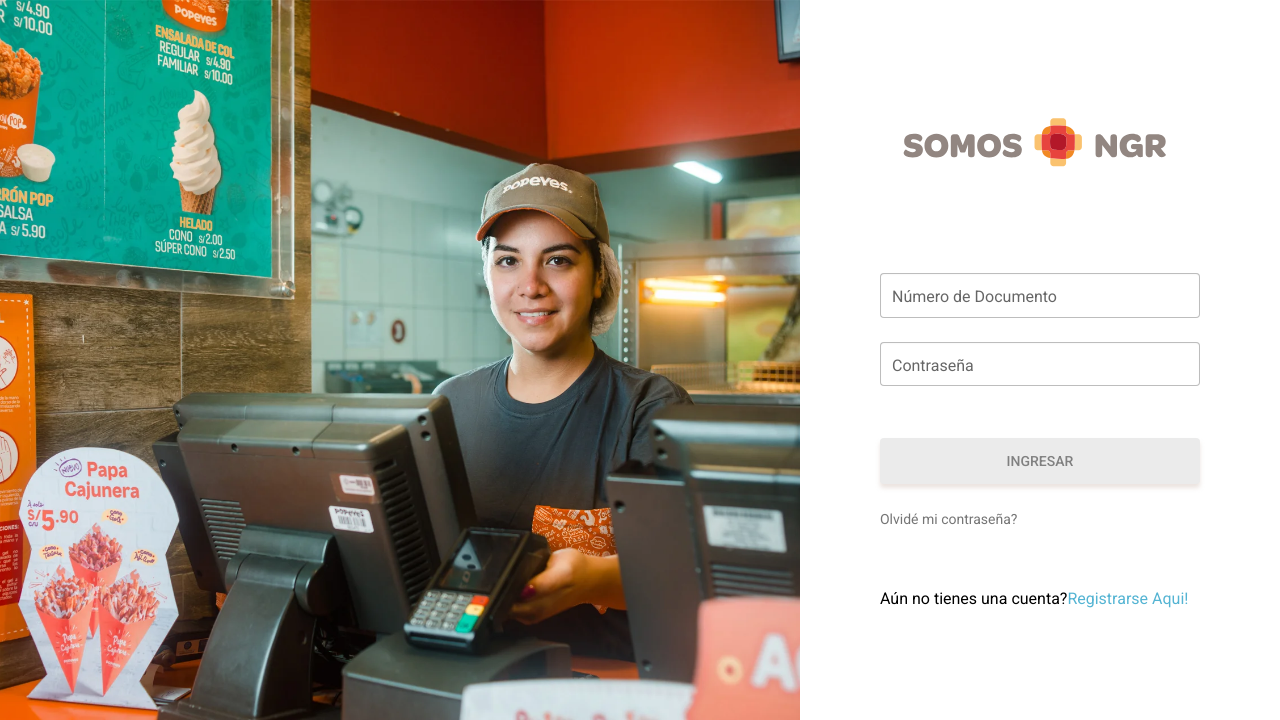
Repository: igmeMarcial/ProyectoLP-2023
Page: http://localhost/proyectoLP_2023/
The author's editor kept a copy of each file at every save. The page is drawn from the files as they stood at one save, then again after the next save.
The browser window is 1280 px wide. The pictures show the whole page.
Some web libraries are served in a nearby version. The page is served by Tomcat 9.

Above is the page before, as saved 2023-03-18 17:55:11.

After the next save:
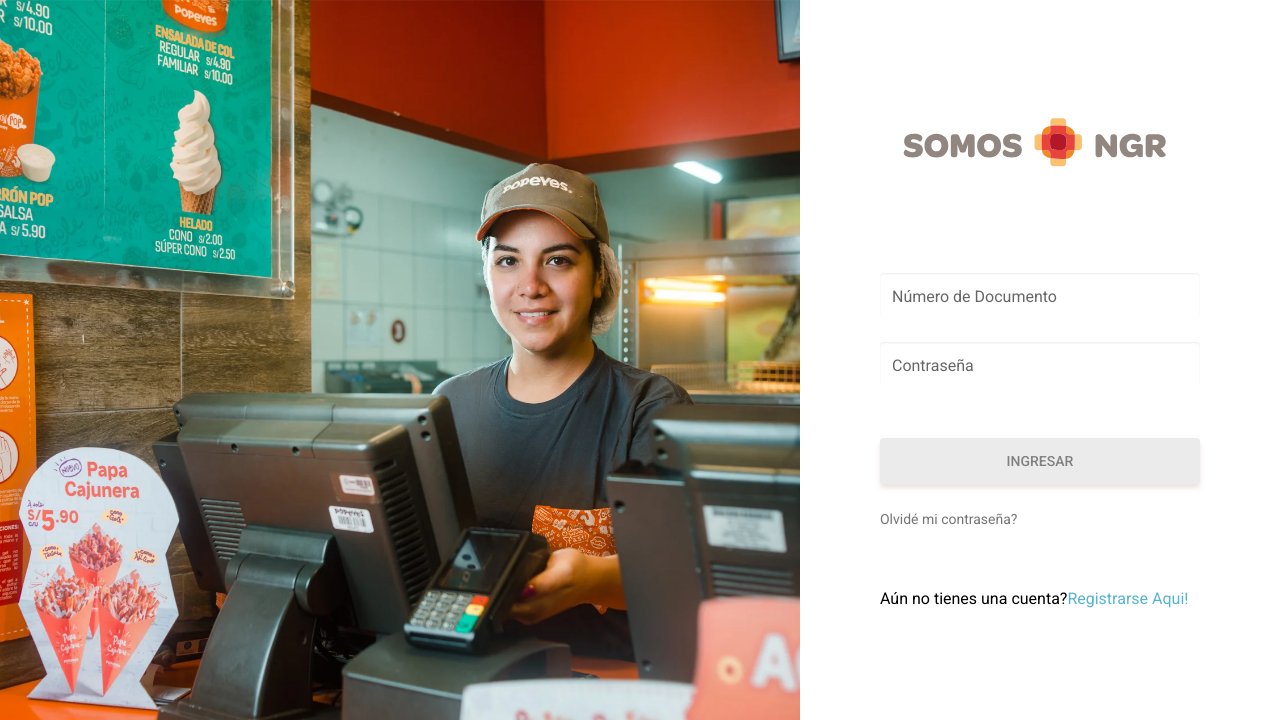
Saved 84 s later.
--- a/proyectoLP_2023/WebContent/index.jsp
+++ b/proyectoLP_2023/WebContent/index.jsp
@@ -69,9 +69,6 @@
 
 </section>
 
-<script
-  type="text/javascript"
-  src="https://cdnjs.cloudflare.com/ajax/libs/mdb-ui-kit/6.2.0/mdb.min.js"
-></script>
+
 </body>
 </html>

After the save that followed:
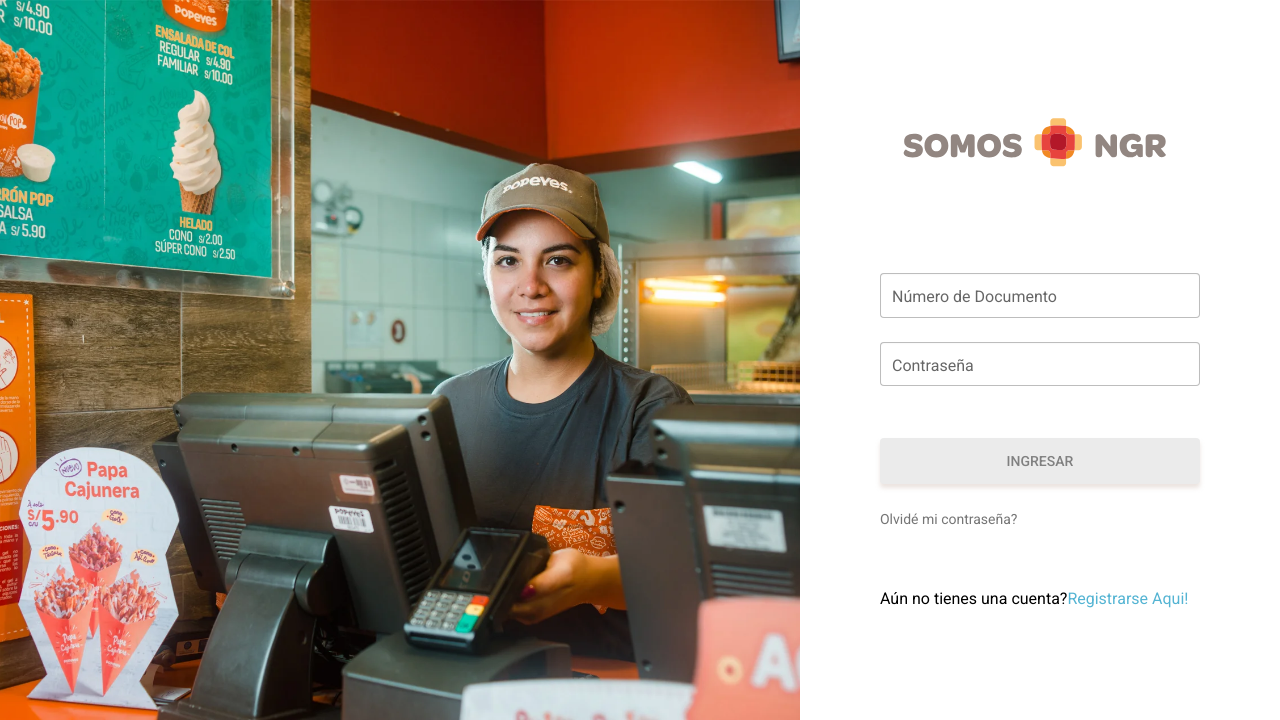
Saved 9 s later.
--- a/proyectoLP_2023/WebContent/index.jsp
+++ b/proyectoLP_2023/WebContent/index.jsp
@@ -69,6 +69,9 @@
 
 </section>
 
-
+<script
+  type="text/javascript"
+  src="https://cdnjs.cloudflare.com/ajax/libs/mdb-ui-kit/6.2.0/mdb.min.js"
+></script>
 </body>
 </html>
